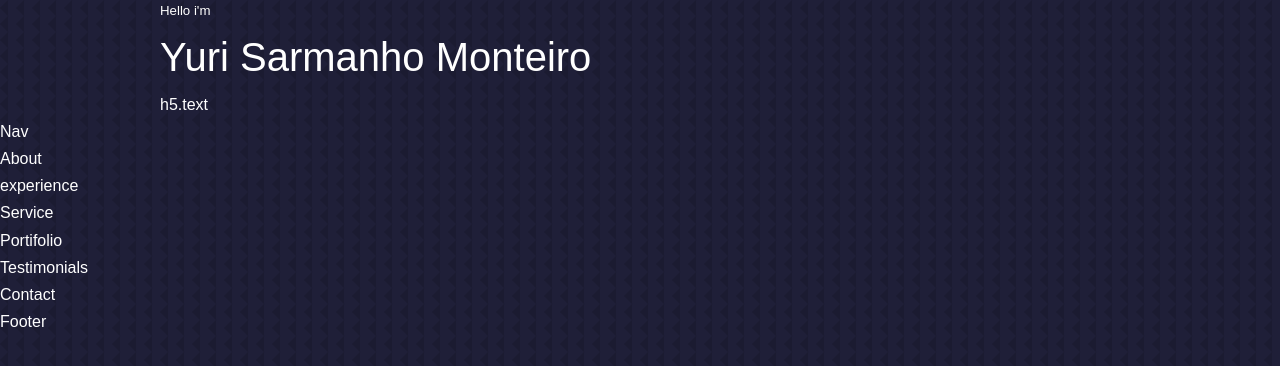
Repository: YuriSarmanho/Portifolio-
Page: / (app in portifolio/)
These files come from the project's save history. The page is drawn as it stood at one moment and after a run of saves; the edit follows.
The browser window is 1280 px wide. The pictures show the whole page.
The project was rebuilt for these pictures with package versions that can differ from the ones it lists, and the page was loaded fresh each time. Also part of the build but not shown: portifolio/src/Components/Header/Header.css.

Above is the page before, as saved 2022-05-11 16:04:16.

After the next 2 saves:
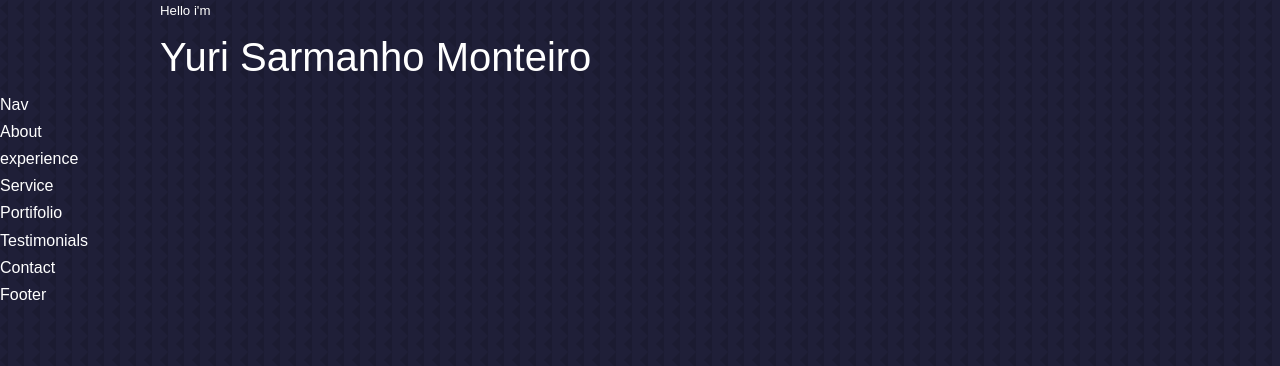
The 2 saves are shown as one change because they came seconds apart.
The last was saved 6 s later.
--- a/portifolio/src/Components/Header/Header.jsx
+++ b/portifolio/src/Components/Header/Header.jsx
@@ -6,7 +6,7 @@
       <div className="container header__container">
         <h5>Hello i'm</h5>
         <h1>Yuri Sarmanho Monteiro</h1>
-        h5.text
+        <h5 className="text-light"></h5>
       </div>
     </header>
   )
